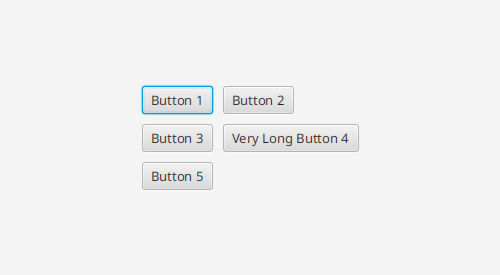
Repository: panushetty/Java
Program's window: java LayoutsFx/src/application/Main.java
An editor plug-in stored every save of this project. The program's window is shown before and after the next save, followed by the edit.
It runs on Java 21 on a 1366 x 768 screen with JavaFX 11; the title bar is not drawn.

Above is the program's window before, as saved 2018-01-08 12:13:11.

### LayoutsFx/src/application/Main.java
package application;

import javafx.application.Application;
import javafx.fxml.FXMLLoader;
import javafx.stage.Stage;
import javafx.scene.Parent;
import javafx.scene.Scene;
import javafx.scene.layout.BorderPane;


public class Main extends Application {
	@Override
	public void start(Stage primaryStage) throws Exception{
		Parent root=FXMLLoader.load(getClass().getResource("sample.fxml"));
		primaryStage.setTitle("Hello World");
		primaryStage.setScene(new Scene(root,500,275));
		primaryStage.show();
	}

	public static void main(String[] args) {
		launch(args);
	}
}

### LayoutsFx/src/application/Controller.java
package application;

public class Controller {

}

### LayoutsFx/src/application/sample.fxml
<?xml version="1.0" encoding="UTF-8"?>
<?import javafx.geometry.Insets?>
<?import javafx.scene.layout.GridPane?>

<?import javafx.scene.control.Button?>
<?import javafx.scene.control.Label?>
<?import javafx.scene.text.Font?>
<GridPane fx:controller="application.Controller"
          xmlns:fx="http://javafx.com/fxml" alignment="center" hgap="10" vgap="10">

          <Button text="Button 1" GridPane.rowIndex="0" GridPane.columnIndex="0"/>
          <Button text="Button 2" GridPane.rowIndex="0" GridPane.columnIndex="1"/>
          <Button text="Button 3" GridPane.rowIndex="1" GridPane.columnIndex="0"/>
          <Button text="Very Long Button 4" GridPane.rowIndex="1" GridPane.columnIndex="1"/>
          <Button text="Button 5" GridPane.rowIndex="2" GridPane.columnIndex="0"/>
</GridPane>

After the next save:
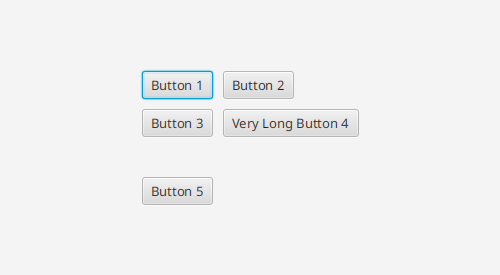
Saved 5 min 54 s later.
--- a/LayoutsFx/src/application/sample.fxml
+++ b/LayoutsFx/src/application/sample.fxml
@@ -12,5 +12,5 @@
           <Button text="Button 2" GridPane.rowIndex="0" GridPane.columnIndex="1"/>
           <Button text="Button 3" GridPane.rowIndex="1" GridPane.columnIndex="0"/>
           <Button text="Very Long Button 4" GridPane.rowIndex="1" GridPane.columnIndex="1"/>
-          <Button text="Button 5" GridPane.rowIndex="2" GridPane.columnIndex="0"/>
+          <Button text="Button 5" GridPane.rowIndex="5" GridPane.columnIndex="0"/>
 </GridPane>

After the save that followed:
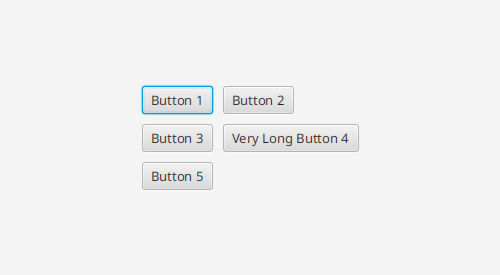
Saved 26 s later.
--- a/LayoutsFx/src/application/sample.fxml
+++ b/LayoutsFx/src/application/sample.fxml
@@ -12,5 +12,5 @@
           <Button text="Button 2" GridPane.rowIndex="0" GridPane.columnIndex="1"/>
           <Button text="Button 3" GridPane.rowIndex="1" GridPane.columnIndex="0"/>
           <Button text="Very Long Button 4" GridPane.rowIndex="1" GridPane.columnIndex="1"/>
-          <Button text="Button 5" GridPane.rowIndex="5" GridPane.columnIndex="0"/>
+          <Button text="Button 5" GridPane.rowIndex="2" GridPane.columnIndex="0"/>
 </GridPane>
